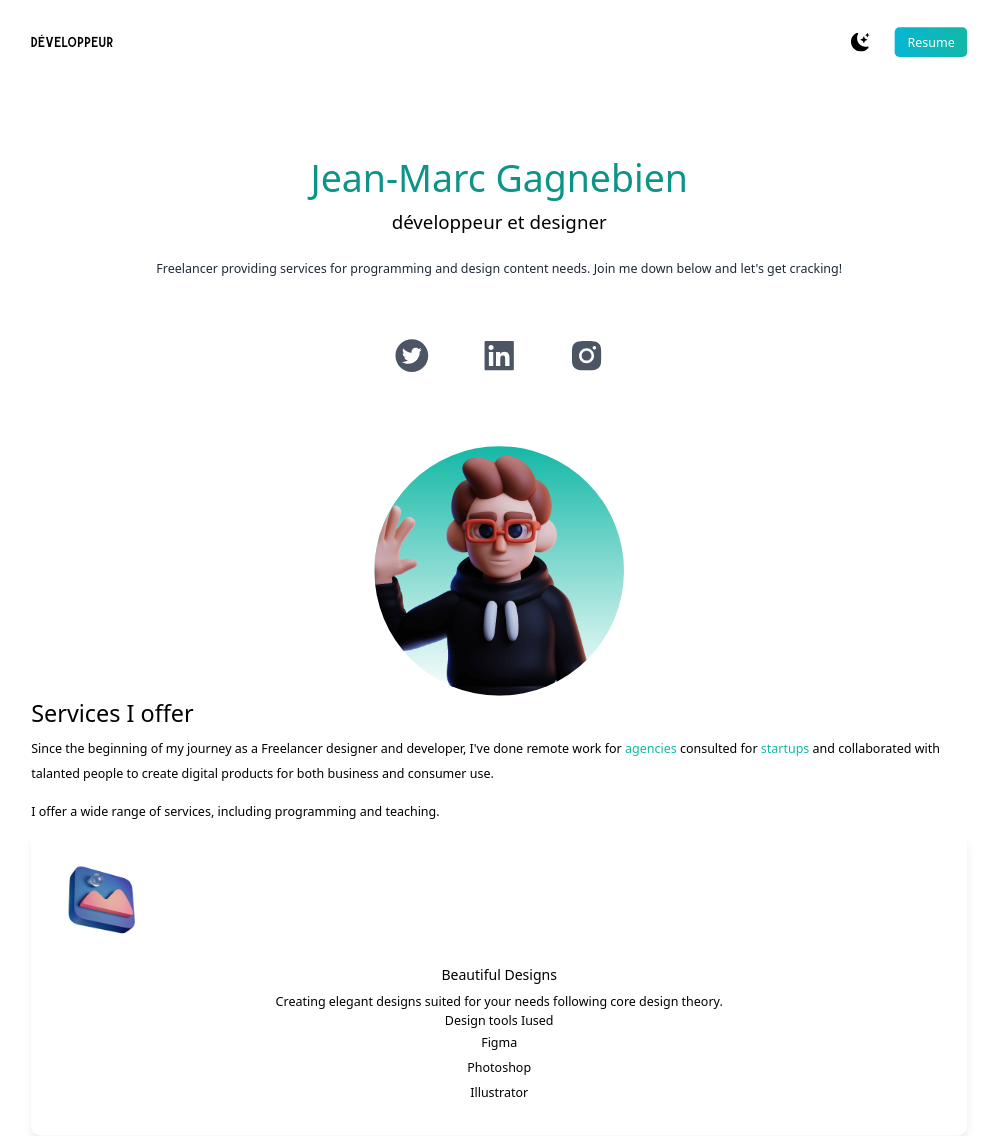
Repository: Jean-MarcG/portfoli_next
Page: /
The author's editor kept a copy of each file at every save. The page is drawn from the files as they stood at one save, then again after the next save.
The browser window is 1280 px wide. The pictures show the whole page, at 78% of full size.
The project was rebuilt for these pictures with package versions that can differ from the ones it lists, and the page was loaded fresh each time. The framework's server and built-in components were replaced by stand-ins that run in the browser. Also part of the build but not shown: next.config.js.

Above is the page before, as saved 2023-04-03 11:06:16.

### pages/index.js
import Head from 'next/head';
import {BsFillMoonStarsFill} from 'react-icons/bs';
import {AiFillTwitterCircle, AiFillLinkedin, AiFillInstagram} from 'react-icons/ai'
import Image from 'next/image';
import deved from '../public/dev-ed-wave.png';
import design from '../public/design.png';
import code from '../public/code.png';
import consulting from '../public/consulting.png';

export default function Home() {
  return (
    <>
    <Head>
    <title>Jean-Marc Gagnebien Portfolio</title>
    <meta name="description" content="Generated by create next app" />
    <meta name="viewport" content="width=device-width, initial-scale=1" />
    <link rel="icon" href="/favicon.ico" />
    </Head>
      <main className='bg-white px-10 '>
        <section className='min-h-screen'>
          <nav className='py-10 mb-12 flex justify-between'>
            <h1 className='text-xl font-burtons'>développeur</h1>
              <ul className='flex items-center'>
                <li>
                  <BsFillMoonStarsFill className='cursor-pointer text-2xl'/>
                </li>
                <li>
                  <a className='bg-gradient-to-r from-cyan-500 to-teal-500 text-white px-4 py-2 rounded-md ml-8' href='#'>Resume</a>
                </li>
              </ul>
          </nav>
          <div className='text-center p-10'>
            <h2 className='text-5xl py-2 text-teal-600 font-medium'>Jean-Marc Gagnebien</h2>
            <h3 className='text-2xl py-2'>développeur et designer</h3>
            <p className='text-md py-5 leading-8 text-gray-800'>Freelancer providing services for programming and design content needs. Join me down below and let's get cracking!</p>
          </div>
          <div className='text-5xl flex justify-center gap-16 py-3 text-gray-600'>
            <AiFillTwitterCircle />
            <AiFillLinkedin />
            <AiFillInstagram />
          </div>
          <div>
            <div className='relative mx-auto bg-gradient-to-b from-teal-500 rounded-full w-80 h-80 mt-20 overflow-hidden'>
              <Image src={deved} alt='photo développeur' fill style={{objectFit:'cover'}}/>
            </div>
          </div>
        </section>

        <section>
          <div>
            <h3 className='text-3xl py-1'>Services I offer</h3>
            <p className='text-md py-2 leading-8 text-gray-80'>
              Since the beginning of my journey as a Freelancer designer and developer, I've done remote work for
              <span className='text-teal-500'> agencies </span>consulted for <span className='text-teal-500'> startups </span>and collaborated with talanted people to create digital products for both business and consumer use.
            </p>
            <p className='text-md py-2 leading-8 text-gray-80'>
              I offer a wide range of services, including programming and teaching.
            </p>
          </div>
          <div>
            <div className='text-center shadow-lg p-10 rounded-xl'>
              <Image src={design} alt='image design' width={100} height={100} />
              <h3 className='text-lg font-medium pt-8 pb-2'>Beautiful Designs</h3>
              <p>
                Creating elegant designs suited for your needs following core design theory.
              </p>
              <h4>Design tools Iused</h4>
              <p className='text-grey-800 py-1'>Figma</p>
              <p className='text-grey-800 py-1'>Photoshop</p>
              <p className='text-grey-800 py-1'>Illustrator</p>
            </div>
          </div>
        </section>

      </main>
    </>
    )
  }

### styles/globals.css
@tailwind base;
@tailwind components;
@tailwind utilities;

* {
  box-sizing: border-box;
  padding: 0;
  margin: 0;
}

html,
body {
  max-width: 100vw;
  overflow-x: hidden;
}

body {
  color: rgb(var(--foreground-rgb));
  background: linear-gradient(
      to bottom,
      transparent,
      rgb(var(--background-end-rgb))
    )
    rgb(var(--background-start-rgb));
}

a {
  color: inherit;
  text-decoration: none;
}

@font-face {
  font-family: "burtons";
  src: url(../public/Burtons.otf);
}

### tailwind.config.js
/** @type {import('tailwindcss').Config} */
module.exports = {
  content: [
    "./app/**/*.{js,ts,jsx,tsx}",
    "./pages/**/*.{js,ts,jsx,tsx}",
    "./components/**/*.{js,ts,jsx,tsx}",

    // Or if using `src` directory:
    "./src/**/*.{js,ts,jsx,tsx}",
  ],
  theme: {
    extend: {
      fontFamily: {
        burtons: 'burtons',
      }
    },
  },
  plugins: [],
}

Loaded but not shown: pages/_app.js (common file); pages/_document.js (common file)

After the next save:
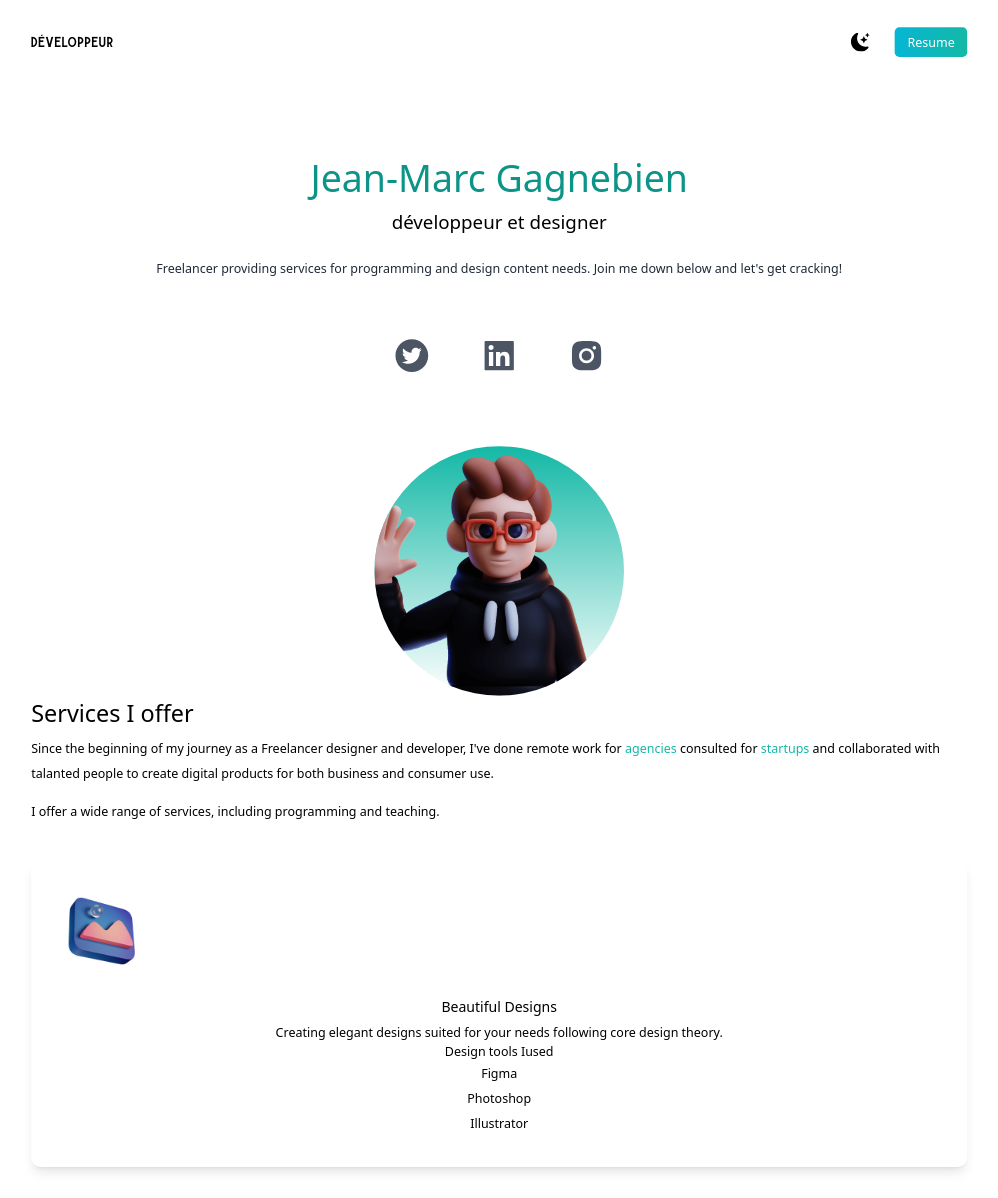
Saved 6 s later.
--- a/pages/index.js
+++ b/pages/index.js
@@ -58,7 +58,7 @@
             </p>
           </div>
           <div>
-            <div className='text-center shadow-lg p-10 rounded-xl'>
+            <div className='text-center shadow-lg p-10 rounded-xl my-10'>
               <Image src={design} alt='image design' width={100} height={100} />
               <h3 className='text-lg font-medium pt-8 pb-2'>Beautiful Designs</h3>
               <p>
